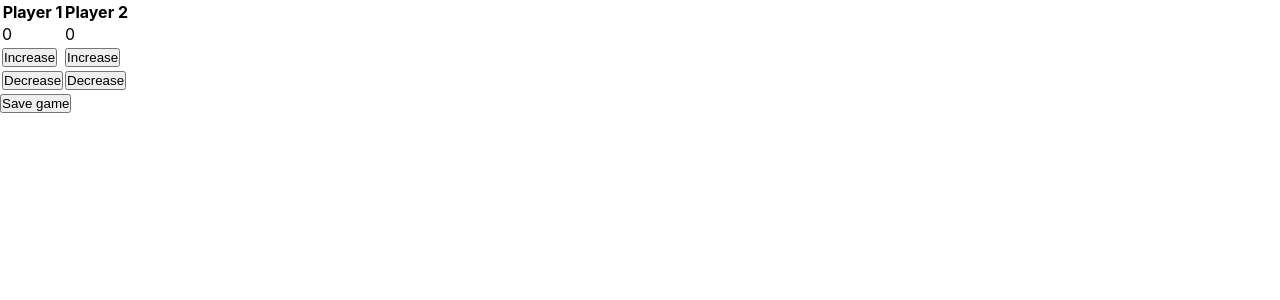
Repository: react-for-web-developers/02-intro-to-react
Page: / (app in exercises/score-counter/), after clicking the first element matching `div > button`
The author's editor kept a copy of each file at every save. The page is drawn from the files as they stood at one save, then again after a run of saves.
The browser window is 1280 px wide. The pictures show the whole page.
The project was rebuilt for these pictures with package versions that can differ from the ones it lists, and the page was loaded fresh each time.

Above is the page before, as saved 2021-10-13 22:11:55.

### exercises/score-counter/src/App.js
import "./App.css";
import { useState } from "react";

function App() {
  const [count1, setCount1] = useState(0);
  const [count2, setCount2] = useState(0);
  const [results, setResults] = useState([]);

  const increase1 = () => setCount1(count1 + 1);

  const increase2 = () => setCount2(count2 + 1);

  const decrease1 = () => setCount1(count1 - 1);

  const decrease2 = () => setCount2(count2 - 1);

  const saveGame = () => {
    setResults([
      ...results,
      {
        count1,
        count2,
      },
    ]);
    //setResults(count1)

    setCount1(0);
    setCount2(0);
    console.log(results);
  };

  return (
    <div>
      <table>
        <tbody>
          <tr>
            <th>Player 1</th>
            <th>Player 2</th>
          </tr>
          <tr>
            <td>{count1}</td>
            <td>{count2}</td>
          </tr>
          <tr>
            <td>
              <button onClick={increase1}>Increase</button>
            </td>
            <td>
              <button onClick={increase2}>Increase</button>
            </td>
          </tr>
          <tr>
            <td>
              <button onClick={decrease1}>Decrease</button>
            </td>
            <td>
              <button onClick={decrease2}>Decrease</button>
            </td>
          </tr>
        </tbody>
      </table>
      <button onClick={saveGame}>Save game</button>
      <div>
        {results.map(({count1, count2})=>(
          <div>
            <div></div>
          </div>
        ))}
      </div>
    </div>
  );
}

export default App;

Loaded but not shown: exercises/score-counter/public/index.html (common file); exercises/score-counter/src/index.js (common file); exercises/score-counter/src/index.css (common file); exercises/score-counter/src/reportWebVitals.js (common file); exercises/score-counter/src/App.css (common file)

After the next 9 saves:
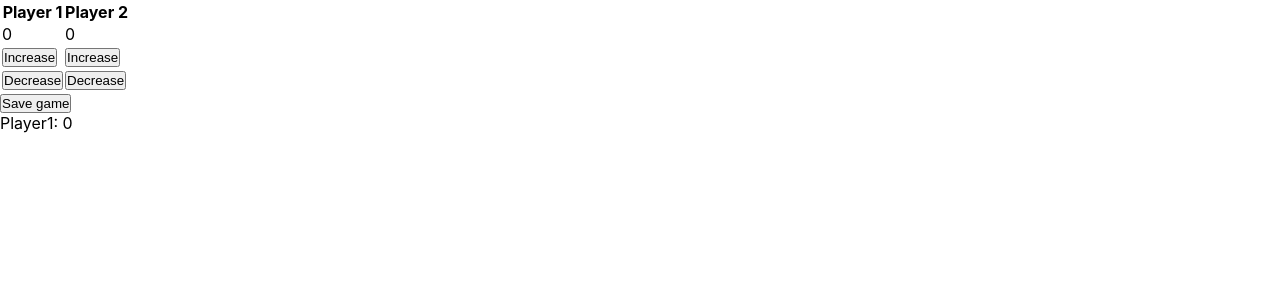
The 9 saves are shown as one change because they came seconds apart.
The last was saved 18 s later.
--- a/exercises/score-counter/src/App.js
+++ b/exercises/score-counter/src/App.js
@@ -63,7 +63,8 @@ function App() {
       <div>
         {results.map(({count1, count2})=>(
           <div>
-            <div></div>
+            <div>Player1: {count1}</div>
+
           </div>
         ))}
       </div>
